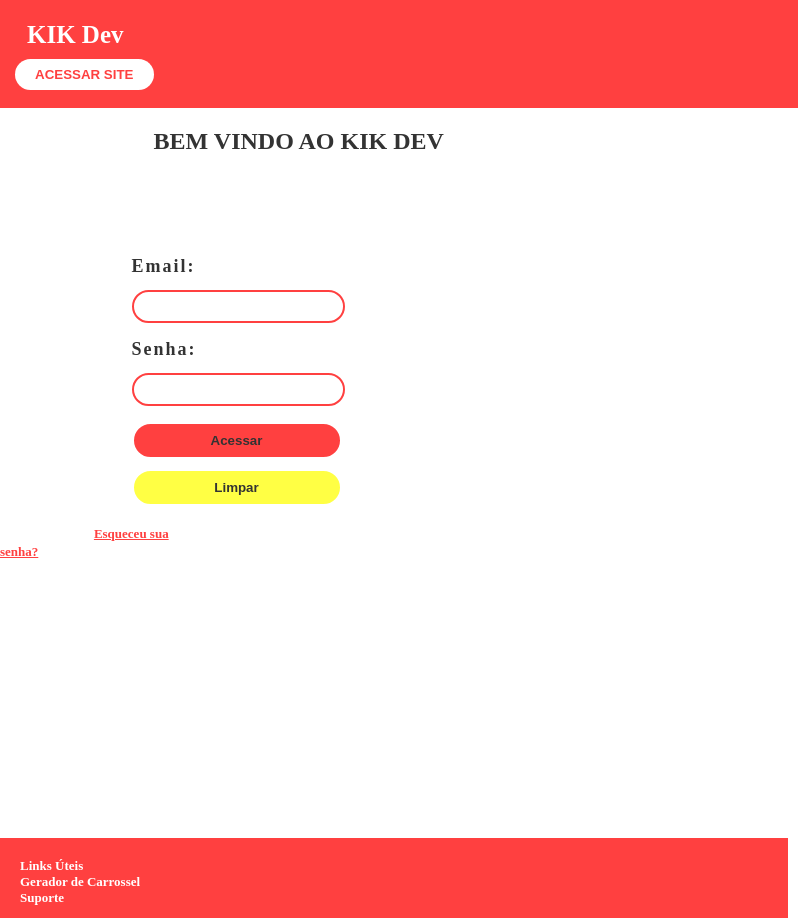
Repository: devgabrielvieira/kikdev
Page: index.html
These files come from the project's save history. The page is drawn as it stood at one moment and after the next save; the edit follows.
The browser window is 768 px wide. The page is 798 px wide, so the pictures cover 798 px, including what lies to the right of the window. The pictures show the whole page.

Above is the page before, as saved 2022-10-30 18:49:23.

### index.html
<!DOCTYPE html>
<html lang="pt-br">

<head>
    <meta charset="UTF-8">
    <meta http-equiv="X-UA-Compatible" content="IE=edge">
    <meta name="viewport" content="width=device-width, initial-scale=1.0">
    <link rel="shortcut icon" href="imagens/favicon.ico" type="image/x-icon">
    <link rel="stylesheet" href="style.css">
    <link rel="stylesheet" href="style-mobile.css">
    <script src="script_processo.js"></script>
    <title>KIK Dev</title>

</head>

<body id="pag_processos" onload="dimensaoTela()">

    <div class="header-index">
        <a href="#Default" class="logo">KIK Dev</a>

        <button type="submit" name="name" class="button-right"><strong>ACESSAR SITE</strong></a></button>

    </div>
    <div class="conteudo">
        <!--abrimos a div conteúdo-->
        <!-- <img src="imagens/conteudo.jpg" alt="Conteúdo"> -->

        <h2>BEM VINDO AO KIK DEV</h2>

        <div class="login">
            <label for="username">Email:</label>
            <input type="text" id="username" name="username">
            <br>
            <label for="pass">Senha:</label>
            <input type="password" id="pass" name="password" minlength="8" required>
            <br>
            <input class="btn-acessar" type="submit" value="Acessar">
            <br>
            <input class="btn-limpar" type="reset" value="Limpar">
            <br><br>
            <a href="recuperar-senha.html" target="_self" rel="next" class="href">Esqueceu sua senha?</a>
        </div>

    </div>
    <!--aqui fechamos a div conteudo-->

    <footer class="footer">
        <strong>
            <p>Links Úteis</p>
        </strong>
        <strong>
            <p>Gerador de Carrossel</p>
        </strong>
        <strong>
            <p>Suporte</p>
        </strong>
    </footer>

</body>

</html>

### style.css
@charset "UTF-8";

* {
    margin: 0;
    padding: 0;
}

html {
    margin: 0;
    padding: 0;
}

.header {
    overflow: hidden;
    background-color: #FF4040;
    padding: 20px 10px;
}

.header a {
    float: left;
    color: #fff;
    text-align: center;
    padding: 12px;
    text-decoration: none;
    font-size: 18px;
    line-height: 25px;
    border-radius: 4px;
}

.header a.logo {
    font-size: 25px;
    font-weight: bold;
}

.header a:hover {
    background-color: #ddd;
    color: #333333;
}

.header a.active {
    background-color: #d8d7d7;
    color: #fff;
}

.header-right {
    float: right;
}

.button-right {
    float: right;
    padding: 8px 20px;
    border: #d8d7d7;
    border-radius: 50px;
    color: #FF4040;
    background-color: #fff;
}

.header-index {
    overflow: hidden;
    background-color: #FF4040;
    padding: 5px 10px;
}

.header-index a {
    float: left;
    color: #fff;
    text-align: center;
    padding: 12px;
    text-decoration: none;
    font-size: 18px;
    line-height: 25px;
    border-radius: 4px;
}

.header-index a.logo {
    font-size: 25px;
    font-weight: bold;
}

.header-index a:hover {
    background-color: #ddd;
    color: #333333;
}

.header-index a.active {
    background-color: #d8d7d7;
    color: #fff;
}

.conteudo {
    width: 100%;
    height: 450px;
    overflow: hidden;
    background-color: #fff;
}

/* .conteudo img {
    width: 100%;
    background-color: #fff;
    margin: 2px 0 0 0;
    padding: 0;
    position: relative;
    height: 15.5rem;
} */

.footer {
    width: auto;
    background-color: #FF4040;
    padding: 20px 10px;
    position: relative;
    height: 2.5rem;
    bottom: -50px;
}

p {
    font-size: 13px;
    margin: 0 0 0 10px;
    float: none;
    overflow: hidden;
    color: #fff;
}

label {
    margin: 10px 50px 0 500px;
    display: block;
    letter-spacing: 2px;
    font-size: 18px;
    color: #333333;
    margin-bottom: 3px;
    font-weight: bold;
}

input[type='submit'],
label {
    margin: 10px 50px 0 500px;
    margin-top: 1rem;
    color: #333333;
}

input {
    margin: 10px 50px 0 500px;
    caret-color: #222;
    color: #333333;
    border: 2px solid #FF4040;
    border-radius: 36px;
    padding: 7px 15px;
    text-align: center;
    font-weight: bold;
}

input:hover {
    border: 2px solid #a0a0a0;
}

.login {
    margin: 80px 0 0 0;
    width: -100%;
}

.href {
    margin: 10px 50px 0 550px;
    font-size: 13px;
    font-weight: bold;
    color: #FF4040;
    text-align: center;

}

.btn-acessar {
    margin: 10px 50px 0 500px;
    background: #FF4040;
    border: 2px solid #fff;
    padding: 9px 15px;
    width: 210px;
    max-width: 100%;
}

.btn-limpar {
    margin: 10px 50px 0 500px;
    background: #FF4;
    border: 2px solid #fff;
    padding: 9px 15px;
    width: 210px;
    max-width: 100%;
}

h2 {
    width: 100%;
    display: inline-flex;
    margin: 20px 50px 5px 450px;
    color: #333333;
}

### style-mobile.css
@charset "UTF-8";

@media screen and (max-width: 768px) {
  * {
    margin: 0;
    padding: 0;
  }

  html {
    margin: 0;
    padding: 0;
  }

  .header-index {
    overflow: hidden;
    background-color: #ff4040;
    padding: 10px 15px;
    height: 5.5rem;
    width: 100%;
  }

  .header a {
    float: none;
    display: block;
    text-align: left;
  }

  .header-index a {
    float: none;
    display: block;
    text-align: left;
  }

  .header-right {
    float: none;
  }

  .button-right {
    float: none;
  }

  .footer {
    float: none;
    display: block;
    position: relative;
    height: 2.5rem;
    width: 100%;
    bottom: -280px;
  }

  /* .conteudo img {
        float: none;
        display: block;
        position: absolute;
        width: 100%;
        background-color: #fff;
        margin: 2px 0 0 0;
        height: 10rem;
    } */

  .login {
    width: -100%;
    display: inline-block;
  }

  label {
    margin-left: 50%;
    display: block;
    letter-spacing: 2px;
    font-size: 18px;
    color: #333333;
    margin-bottom: 3px;
    font-weight: bold;
  }

  input[type="submit"],
  label {
    margin-left: 50%;
    margin-top: 1rem;
    color: #333333;
  }

  input {
    margin-left: 50%;
    caret-color: #222;
    color: #333333;
    border: 2px solid #ff4040;
    border-radius: 36px;
    padding: 7px 15px;
    text-align: center;
    font-weight: bold;
  }

  input:hover {
    border: 2px solid #a0a0a0;
  }

  .href {
    margin-left: 30%;
    margin-right: 15%;
    font-size: 13px;
    font-weight: bold;
    color: #ff4040;
    text-align: center;
    width: 100%;
    padding: 9px 15px;
  }

  .btn-acessar {
    margin-left: 50%;
    margin-right: 50%;
    background: #ff4040;
    border: 2px solid #fff;
    padding: 9px 15px;
    width: 210px;
    max-width: 100%;
  }

  .btn-limpar {
    margin-left: 50%;
    margin-right: 50%;
    background: #ff4;
    border: 2px solid #fff;
    padding: 9px 15px;
    width: 210px;
    max-width: 100%;
  }

  h2 {
    width: 100%;
    display: inline-flex;
    margin-left: 20%;
    color: #333333;
  }
}

### script_processo.js
function dimensaoTela(){
    var heightTela = window.innerHeight;
    var widthTela = window.innerWidth;

    document.getElementById('pag_processos').style.minHeight = heightTela+'px';
}

After the next save:
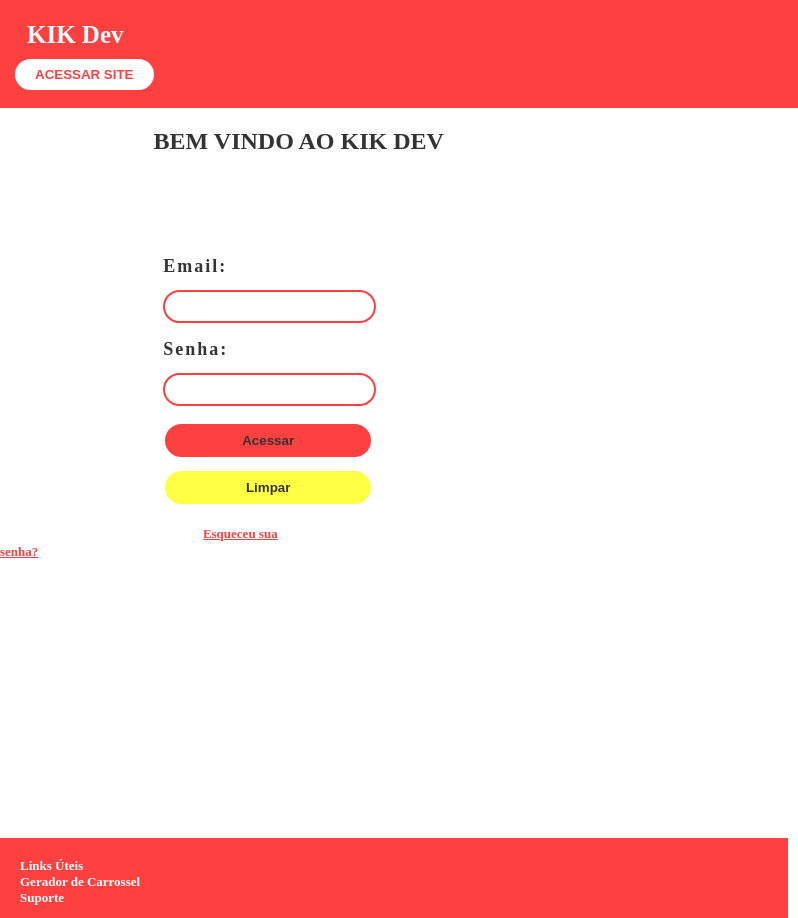
Saved 6 s later.
--- a/style-mobile.css
+++ b/style-mobile.css
@@ -103,7 +103,7 @@
     color: #ff4040;
     text-align: center;
     width: 100%;
-    padding: 9px 15px;
+    padding: 9px 105px;
   }
 
   .btn-acessar {

After the save that followed:
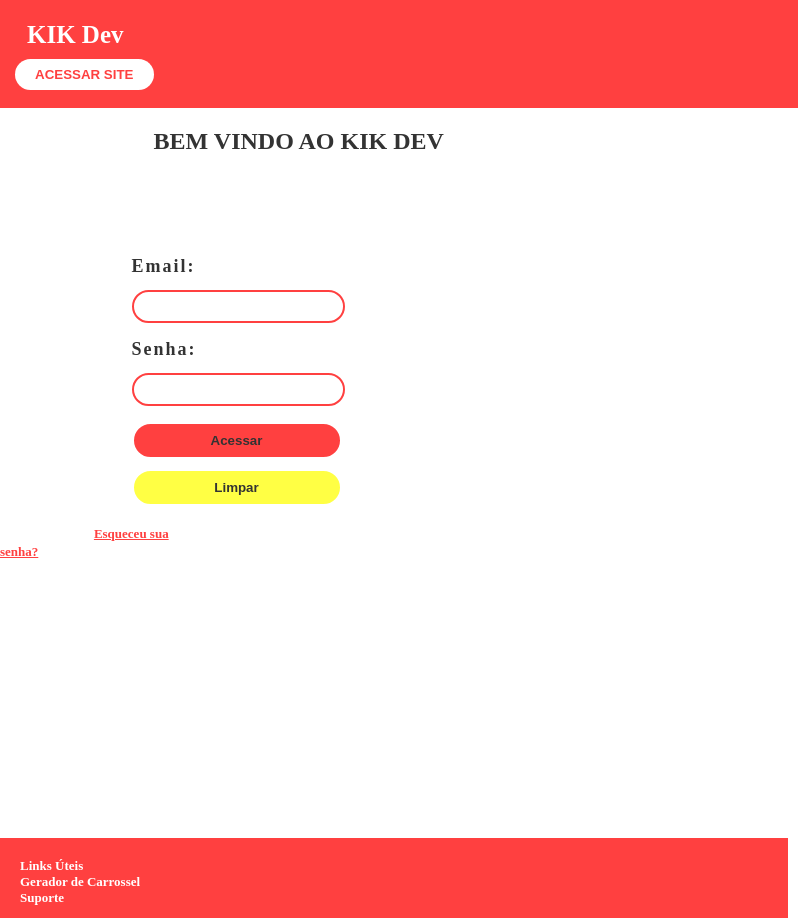
Saved 5 s later.
--- a/style-mobile.css
+++ b/style-mobile.css
@@ -103,7 +103,7 @@
     color: #ff4040;
     text-align: center;
     width: 100%;
-    padding: 9px 105px;
+    padding: 9px 15px;
   }
 
   .btn-acessar {
